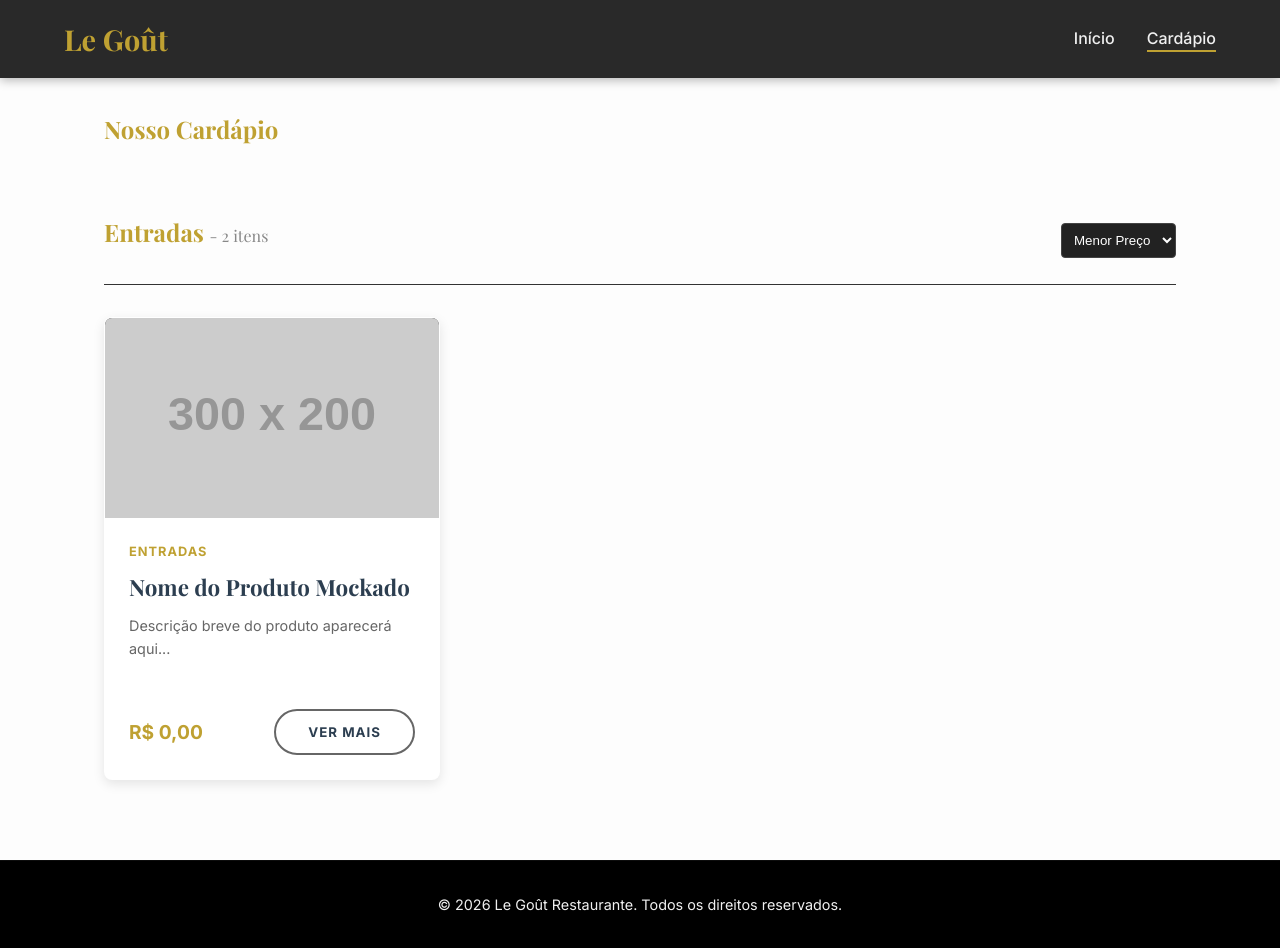
Repository: leandroFilipy/FE-refazendo-prova
Page: menu.html
The author's editor kept a copy of each file at every save. The page is drawn from the files as they stood at one save, then again after a run of saves.
The browser window is 1280 px wide. The pictures show the whole page.
The page's requests for data from a server got no answer.

Above is the page before, as saved 2026-05-25 21:03:50.
Console error: ReferenceError: c is not defined

### menu.html
<!DOCTYPE html>
<html lang="pt-BR">

<head>
  <meta charset="UTF-8">
  <meta name="viewport" content="width=device-width, initial-scale=1.0">
  <title>Cardápio - Le Goût</title>
  <link href="https://fonts.googleapis.com/css2?family=Inter:wght@400;500;700&family=Playfair+Display:wght@400;700&display=swap" rel="stylesheet">
  <link rel="stylesheet" href="style.css">
  <link rel="stylesheet" href="https://cdnjs.cloudflare.com/ajax/libs/font-awesome/6.0.0/css/all.min.css">
</head>

<body>
  <header>
    <div class="logo">Le Goût</div>
    <nav>
      <ul>
        <li><a href="index.html">Início</a></li>
        <li><a href="menu.html" class="active">Cardápio</a></li>
      </ul>
    </nav>
  </header>

  <main>
    <section class="section-header">
      <h2>Nosso Cardápio</h2>
    </section>

    <div id="catalogo-wrapper">
      <!-- ======================================================== -->
      <!-- ESTRUTURA BASE (MOCKADA) - PARA REFERÊNCIA DOS ALUNOS    -->
      <!-- No app.js, o JavaScript vai montar esta estrutura para   -->
      <!-- cada categoria da API (Entradas, Pratos Principais, etc) -->
      <!-- ======================================================== -->
      <div class="bloco-grupo-pratos" style="margin-bottom: 3rem;">

        <!-- Cabeçalho da Seção com Título e Filtro de Preço -->
        <div style="display: flex; justify-content: space-between; align-items: center; border-bottom: 1px solid #333; padding-bottom: 1rem; margin-bottom: 2rem;">
          <h2>Entradas <span style="font-size: 1rem; color: #888; font-weight: normal;"> - 2 itens</span></h2>
          <select class="seletor-ordem" style="padding: 0.5rem; border-radius: 4px; border: 1px solid #444; background-color: #222; color: #fff;">
            <option value="asc">Menor Preço</option>
            <option value="desc">Maior Preço</option>
          </select>
        </div>

        <!-- Grid de Produtos da Categoria -->
        <div class="grid">
          <!-- Modelo de Card de Produto -->
          <div class="card" onclick="window.location.href='detail.html?id=123'" style="cursor: pointer">
            <img src="https://placehold.co/300x200?text=Sem+Imagem" alt="Nome do Produto" class="card-image" onerror="this.src='https://placehold.co/300x200?text=Sem+Imagem'">
            <div class="card-body">
              <span class="card-category text-muted">Entradas</span>
              <h3 class="card-title">Nome do Produto Mockado</h3>
              <p class="card-desc">Descrição breve do produto aparecerá aqui...</p>
              <div class="card-footer">
                <span class="price">R$ 0,00</span>
                <button class="btn btn-secondary" onclick="event.stopPropagation(); window.location.href='detail.html?id=123'">
                  Ver Mais
                </button>
              </div>
            </div>
          </div>
          <!-- Fim do Modelo de Card -->
        </div>

      </div>
      <!-- ======================================================== -->
      <!-- Fim da estrutura mockada. O conteúdo real vai substituir isso -->
      <!-- ======================================================== -->

      <!-- <div class="loading">Carregando cardápio...</div> -->
    </div>
  </main>

  <footer>
    <p>&copy; 2026 Le Goût Restaurante. Todos os direitos reservados.</p>
  </footer>
  <script src="/app.js"></script>
  <script>
    document.addEventListener('DOMContentLoaded', () => {
      pegarTodos();
    });
  </script>
</body>

</html>

### style.css
/* Global Styles */
:root {
    /* Light Theme as Default */
    --primary-color: #bfa132; /* Slightly darker gold for white bg */
    --secondary-color: #f0f0f0;
    --background-color: #fdfdfd;
    --card-background: #ffffff;
    --text-color: #2c3e50;
    --text-muted: #666666;
    --accent-color: #e74c3c;
    --success-color: #27ae60;
    --border-radius: 8px;
    --shadow: 0 4px 12px rgba(0, 0, 0, 0.1);
    --transition: all 0.3s ease;
    --font-heading: 'Playfair Display', serif;
    --font-body: 'Inter', sans-serif;
}


* {
    box-sizing: border-box;
    margin: 0;
    padding: 0;
}

body {
    background-color: var(--background-color);
    color: var(--text-color);
    font-family: var(--font-body);
    line-height: 1.6;
    display: flex;
    flex-direction: column;
    min-height: 100vh;
}

h1, h2, h3, h4, h5, h6 {
    font-family: var(--font-heading);
    color: var(--primary-color);
    margin-bottom: 1rem;
}

a {
    text-decoration: none;
    color: inherit;
    transition: var(--transition);
}

ul {
    list-style: none;
}

img {
    max-width: 100%;
    display: block;
}

button {
    cursor: pointer;
    font-family: var(--font-body);
    border: none;
    outline: none;
}

/* Header & Navigation */
header {
    background-color: rgba(30, 30, 30, 0.95);
    padding: 1rem 5%;
    position: sticky;
    top: 0;
    z-index: 1000;
    backdrop-filter: blur(10px);
    box-shadow: 0 2px 10px rgba(0,0,0,0.3);
    display: flex;
    justify-content: space-between;
    align-items: center;
}

.logo {
    font-family: var(--font-heading);
    font-size: 1.8rem;
    font-weight: bold;
    color: var(--primary-color);
}

nav ul {
    display: flex;
    gap: 2rem;
}

nav a {
    font-weight: 500;
    position: relative;
    color: var(--secondary-color);
}

nav a:hover, nav a.active {
    color: var(--secondary-color);
}

nav a::after {
    content: '';
    position: absolute;
    width: 0;
    height: 2px;
    bottom: -4px;
    left: 0;
    background-color: var(--primary-color);
    transition: var(--transition);
}

nav a:hover::after, nav a.active::after {
    width: 100%;
}

/* Main Content */
main {
    flex: 1;
    padding: 2rem 5%;
    width: 100%;
    max-width: 1200px;
    margin: 0 auto;
}

/* Hero Section (Home) */
.hero {
    text-align: center;
    padding: 4rem 0;
    background: linear-gradient(rgba(0,0,0,0.6), rgba(0,0,0,0.6)), url('https://images.unsplash.com/photo-1514933651103-005eec06c04b?ixlib=rb-1.2.1&auto=format&fit=crop&w=1934&q=80');
    background-size: cover;
    background-position: center;
    border-radius: var(--border-radius);
    margin-bottom: 3rem;
    border: 1px solid rgba(212, 175, 55, 0.3);
}

.hero h1 {
    font-size: 3rem;
    margin-bottom: 1rem;
    color: #fff;
    text-shadow: 2px 2px 4px rgba(0,0,0,0.5);
}

.hero p {
    font-size: 1.2rem;
    margin-bottom: 2rem;
    color: #ddd;
    max-width: 600px;
    margin-left: auto;
    margin-right: auto;
}

.btn {
    display: inline-block;
    padding: 0.8rem 2rem;
    background-color: var(--primary-color);
    color: var(--secondary-color);
    font-weight: bold;
    border-radius: 50px;
    text-transform: uppercase;
    letter-spacing: 1px;
    transition: var(--transition);
    border: 2px solid var(--primary-color);
}

.btn:hover {
    background-color: transparent;
    color: var(--primary-color);
    transform: translateY(-3px);
    box-shadow: 0 5px 15px rgba(212, 175, 55, 0.3);
}

.btn-secondary {
    background-color: transparent;
    border: 2px solid var(--text-muted);
    color: var(--text-color);
}

.btn-secondary:hover {
    border-color: var(--text-color);
    background-color: rgba(255,255,255,0.1);
}

.btn-danger {
    background-color: var(--accent-color);
    border-color: var(--accent-color);
    color: white;
}

.btn-danger:hover {
    background-color: #c0392b;
}

/* Section Headers */
.section-header {
    margin-bottom: 2rem;
    display: flex;
    justify-content: space-between;
    align-items: center;
    border-bottom: 1px solid rgba(255,255,255,0.1);
    padding-bottom: 1rem;
}

/* Grid Layouts */
.grid {
    display: grid;
    grid-template-columns: repeat(auto-fill, minmax(300px, 1fr));
    gap: 2rem;
}

/* Product Card */
.card {
    background-color: var(--card-background);
    border-radius: var(--border-radius);
    overflow: hidden;
    box-shadow: var(--shadow);
    transition: var(--transition);
    border: 1px solid rgba(255,255,255,0.05);
    display: flex;
    flex-direction: column;
}

.card:hover {
    transform: translateY(-5px);
    box-shadow: 0 10px 20px rgba(0,0,0,0.4);
    border-color: var(--primary-color);
}

.card-image {
    width: 100%;
    height: 200px;
    object-fit: cover;
    background-color: #333;
}

.card-body {
    padding: 1.5rem;
    flex: 1;
    display: flex;
    flex-direction: column;
}

.card-category {
    font-size: 0.8rem;
    color: var(--primary-color);
    text-transform: uppercase;
    letter-spacing: 1px;
    margin-bottom: 0.5rem;
    font-weight: bold;
}

.card-title {
    font-size: 1.4rem;
    margin-bottom: 0.5rem;
    color: var(--text-color);
}

.card-desc {
    color: var(--text-muted);
    font-size: 0.9rem;
    margin-bottom: 1rem;
    flex: 1;
    display: -webkit-box;
    -webkit-line-clamp: 3;
    -webkit-box-orient: vertical;
    overflow: hidden;
}

.card-footer {
    display: flex;
    justify-content: space-between;
    align-items: center;
    margin-top: 1rem;
    padding-top: 1rem;
    border-top: 1px solid rgba(255,255,255,0.1);
}

.price {
    font-size: 1.2rem;
    font-weight: bold;
    color: var(--primary-color);
}

/* Filters */
.filters {
    display: flex;
    gap: 1rem;
    margin-bottom: 2rem;
    flex-wrap: wrap;
    justify-content: center;
}

.filter-btn {
    padding: 0.5rem 1.5rem;
    background-color: transparent;
    border: 1px solid var(--text-muted);
    color: var(--text-muted);
    border-radius: 50px;
    transition: var(--transition);
}

.filter-btn:hover, .filter-btn.active {
    background-color: var(--primary-color);
    color: var(--secondary-color);
    border-color: var(--primary-color);
}

/* Details Page */
.detail-container {
    display: flex;
    gap: 3rem;
    background-color: var(--card-background);
    padding: 2rem;
    border-radius: var(--border-radius);
    box-shadow: var(--shadow);
    align-items: center;
}

.detail-image {
    width: 50%;
    border-radius: var(--border-radius);
    max-height: 500px;
    object-fit: cover;
}
.detail-info {
    width: 50%;
}
.detail-price {
    font-size: 2rem;
    color: var(--primary-color);
    margin: 1.5rem 0;
    font-weight: bold;
}
.badge {
    display: inline-block;
    padding: 0.3rem 0.8rem;
    background-color: var(--primary-color);
    color: var(--secondary-color);
    border-radius: 4px;
    font-size: 0.8rem;
    font-weight: bold;
    text-transform: uppercase;
}

/* Admin/Form */
.form-container {
    background-color: var(--card-background);
    padding: 2rem;
    border-radius: var(--border-radius);
    max-width: 600px;
    margin: 0 auto 3rem auto;
}

.form-group {
    margin-bottom: 1.5rem;
}

.form-group label {
    display: block;
    margin-bottom: 0.5rem;
    color: var(--text-muted);
}

.form-control {
    width: 100%;
    padding: 0.8rem;
    background-color: rgba(255,255,255,0.05);
    border: 1px solid rgba(255,255,255,0.1);
    border-radius: 4px;
    color: var(--text-color);
    font-family: var(--font-body);
}

.form-control:focus {
    border-color: var(--primary-color);
    outline: none;
    background-color: rgba(255,255,255,0.1);
}

table {
    width: 100%;
    border-collapse: collapse;
    background-color: var(--card-background);
    border-radius: var(--border-radius);
    overflow: hidden;
}

th, td {
    padding: 1rem;
    text-align: left;
    border-bottom: 1px solid rgba(255,255,255,0.1);
}

th {
    background-color: rgba(212, 175, 55, 0.1);
    color: var(--primary-color);
    font-weight: bold;
}

tr:hover {
    background-color: rgba(255,255,255,0.02);
}

.action-btn {
    padding: 0.4rem 0.8rem;
    border-radius: 4px;
    font-size: 0.8rem;
    margin-right: 0.5rem;
}

/* Footer */
footer {
    background-color: #000;
    padding: 2rem 5%;
    text-align: center;
    color: var(--secondary-color);
    font-size: 0.9rem;
    border-top: 1px solid rgba(255,255,255,0.05);
    margin-top: auto;
}

/* Loading/Error States */
.loading {
    text-align: center;
    padding: 3rem;
    color: var(--text-muted);
}
.error-msg {
    color: var(--accent-color);
    text-align: center;
    padding: 2rem;
    border: 1px solid var(--accent-color);
    border-radius: var(--border-radius);
    background-color: rgba(231, 76, 60, 0.1);
}

/* Responsive */
@media (max-width: 768px) {
    .detail-container {
        flex-direction: column;
    }
    .detail-image, .detail-info {
        width: 100%;
    }
    .hero h1 {
        font-size: 2rem;
    }
    nav ul {
        flex-direction: column;
        gap: 1rem;
        display: none; /* Mobile menu hidden by default - simplified for this demo */
    }
    .grid {
        grid-template-columns: 1fr;
    }
}

### app.js
async function carregar6() {

    const  container = document.querySelector("#destaques-showcase")
    container.innerHTML = ""

    try{

        const resposta = await fetch ("https://api-restaurante-5iqb.onrender.com/api/produtos")
        const data = await resposta.json()

        data.sort((a,b) => a.preco - b.preco)
        const destacados = data.filter(produto => produto.destacado === true);
        const sixSeven = destacados.slice(0,6)

        sixSeven.forEach(produto => {

            container.innerHTML += `
            <div class="card" onclick="window.location.href='detail.html?id=${produto.id}'" style="cursor: pointer">
                    <img src=${produto.imagem} alt=${produto.imagem} class="card-image" onerror="this.src='https://placehold.co/300x200?text=Sem+Imagem'">
                    <div class="card-body">
                        <span class="card-category text-muted">${produto.categoria}</span>
                        <h3 class="card-title">${produto.nome}</h3>
                        <p class="card-desc">${produto.descricao}</p>
                        <div class="card-footer">
                            <span class="price">R$ ${produto.preco.toFixed(2).replace(".", ",")}</span>
                            <button class="btn btn-secondary" onclick="event.stopPropagation(); window.location.href='detail.html?id=${produto.id}'">
                                Ver Mais
                            </button>
                        </div>
                    </div>
                </div>
            `
        });

        /*for(let i =0; i<6; i++){

                container.innerHTML += `

                `
            }
        */




    }catch(error){
        console.log("erro foi: " + error)
    }

}

async function pegarTodos() {

    const container = document.querySelector("#catalogo-wrapper")
    const container2 = document.querySelector("#catalogo-wrapper")
    const container3 = document.querySelector("#catalogo-wrapper")
    const container4 = document.querySelector("#catalogo-wrapper")

    c

    const resposta = await fetch("https://api-restaurante-5iqb.onrender.com/api/produtos")
    const data = await resposta.json();


    const entradas = data.filter(produto => produto.categoria == "Entradas")
    const pratosPrincipais = data.filter(produto => produto.categoria == "Pratos Principais")
    const bebidas = data.filter(produto => produto.categoria == "Bebidas")
    const sobremesas = data.filter(produto => produto.categoria == "Sobremesas")

    container.innerHTML += `
    <div class="bloco-grupo-pratos" style="margin-bottom: 3rem;">

        <!-- Cabeçalho da Seção com Título e Filtro de Preço -->
        <div style="display: flex; justify-content: space-between; align-items: center; border-bottom: 1px solid #333; padding-bottom: 1rem; margin-bottom: 2rem;">
          <h2>Entradas <span style="font-size: 1rem; color: #888; font-weight: normal;"> - 2 itens</span></h2>
          <select class="seletor-ordem" style="padding: 0.5rem; border-radius: 4px; border: 1px solid #444; background-color: #222; color: #fff;">
            <option value="asc">Menor Preço</option>
            <option value="desc">Maior Preço</option>
          </select>
        </div>


        </div>
    `
    entradas.forEach(produto =>{

    container.innerHTML += `

            <div class="card" onclick="window.location.href='detail.html?id=123'" style="cursor: pointer">
                <img src=${produto.imagem} alt="Nome do Produto" class="card-image" onerror="this.src='https://placehold.co/300x200?text=Sem+Imagem'">
                <div class="card-body">
                <span class="card-category text-muted">${produto.categoria}</span>
                <h3 class="card-title">${produto.nome}</h3>
                <p class="card-desc">${produto.descricao}</p>
                <div class="card-footer">
                    <span class="price">R$ ${produto.preco}</span>
                    <button class="btn btn-secondary" onclick="event.stopPropagation(); window.location.href='detail.html?id=123'">
                    Ver Mais
                    </button>
                </div>
                </div>
            </div>
            <!-- Fim do Modelo de Card -->
            </div>

        `
        })

        container2.innerHTML += `
        <div class="bloco-grupo-pratos" style="margin-bottom: 3rem;">

        <!-- Cabeçalho da Seção com Título e Filtro de Preço -->
        <div style="display: flex; justify-content: space-between; align-items: center; border-bottom: 1px solid #333; padding-bottom: 1rem; margin-bottom: 2rem;">
          <h2>pratos Principais <span style="font-size: 1rem; color: #888; font-weight: normal;"> - 2 itens</span></h2>
          <select class="seletor-ordem" style="padding: 0.5rem; border-radius: 4px; border: 1px solid #444; background-color: #222; color: #fff;">
            <option value="asc">Menor Preço</option>
            <option value="desc">Maior Preço</option>
          </select>
        </div>


        </div>
        `
        pratosPrincipais.forEach(produto => {

            container2.innerHTML += `

            <div class="card" onclick="window.location.href='detail.html?id=123'" style="cursor: pointer">
                <img src=${produto.imagem} alt="Nome do Produto" class="card-image" onerror="this.src='https://placehold.co/300x200?text=Sem+Imagem'">
                <div class="card-body">
                <span class="card-category text-muted">${produto.categoria}</span>
                <h3 class="card-title">${produto.nome}</h3>
                <p class="card-desc">${produto.descricao}</p>
                <div class="card-footer">
                    <span class="price">R$ ${produto.preco}</span>
                    <button class="btn btn-secondary" onclick="event.stopPropagation(); window.location.href='detail.html?id=123'">
                    Ver Mais
                    </button>
                </div>
                </div>
            </div>
            <!-- Fim do Modelo de Card -->
            </div>

        `
        })

        container3.innerHTML += `
        <div class="bloco-grupo-pratos" style="margin-bottom: 3rem;">

        <!-- Cabeçalho da Seção com Título e Filtro de Preço -->
        <div style="display: flex; justify-content: space-between; align-items: center; border-bottom: 1px solid #333; padding-bottom: 1rem; margin-bottom: 2rem;">
          <h2>Bebidas <span style="font-size: 1rem; color: #888; font-weight: normal;"> - 2 itens</span></h2>
          <select class="seletor-ordem" style="padding: 0.5rem; border-radius: 4px; border: 1px solid #444; background-color: #222; color: #fff;">
            <option value="asc">Menor Preço</option>
            <option value="desc">Maior Preço</option>
          </select>
        </div>


        </div>
        `

        bebidas.forEach(produto => {

            container3.innerHTML += `
              <div class="card" onclick="window.location.href='detail.html?id=123'" style="cursor: pointer">
                <img src=${produto.imagem} alt="Nome do Produto" class="card-image" onerror="this.src='https://placehold.co/300x200?text=Sem+Imagem'">
                <div class="card-body">
                <span class="card-category text-muted">${produto.categoria}</span>
                <h3 class="card-title">${produto.nome}</h3>
                <p class="card-desc">${produto.descricao}</p>
                <div class="card-footer">
                    <span class="price">R$ ${produto.preco}</span>
                    <button class="btn btn-secondary" onclick="event.stopPropagation(); window.location.href='detail.html?id=123'">
                    Ver Mais
                    </button>
                </div>
                </div>
            </div>
            <!-- Fim do Modelo de Card -->
            </div>
            `

        })

        container4.innerHTML += `
         <div class="bloco-grupo-pratos" style="margin-bottom: 3rem;">

        <!-- Cabeçalho da Seção com Título e Filtro de Preço -->
        <div style="display: flex; justify-content: space-between; align-items: center; border-bottom: 1px solid #333; padding-bottom: 1rem; margin-bottom: 2rem;">
          <h2>sobremesas <span style="font-size: 1rem; color: #888; font-weight: normal;"> - 2 itens</span></h2>
          <select class="seletor-ordem" style="padding: 0.5rem; border-radius: 4px; border: 1px solid #444; background-color: #222; color: #fff;">
            <option value="asc">Menor Preço</option>
            <option value="desc">Maior Preço</option>
          </select>
        </div>


        </div>
        `

        sobremesas.for(produto=> {

            container4.innerHTML += `
              <div class="card" onclick="window.location.href='detail.html?id=123'" style="cursor: pointer">
                <img src=${produto.imagem} alt="Nome do Produto" class="card-image" onerror="this.src='https://placehold.co/300x200?text=Sem+Imagem'">
                <div class="card-body">
                <span class="card-category text-muted">${produto.categoria}</span>
                <h3 class="card-title">${produto.nome}</h3>
                <p class="card-desc">${produto.descricao}</p>
                <div class="card-footer">
                    <span class="price">R$ ${produto.preco}</span>
                    <button class="btn btn-secondary" onclick="event.stopPropagation(); window.location.href='detail.html?id=123'">
                    Ver Mais
                    </button>
                </div>
                </div>
            </div>
            <!-- Fim do Modelo de Card -->
            </div>
            `
        })

}

async function detalhes() {

    const container = document.querySelector("#")
}

After the next 2 saves:
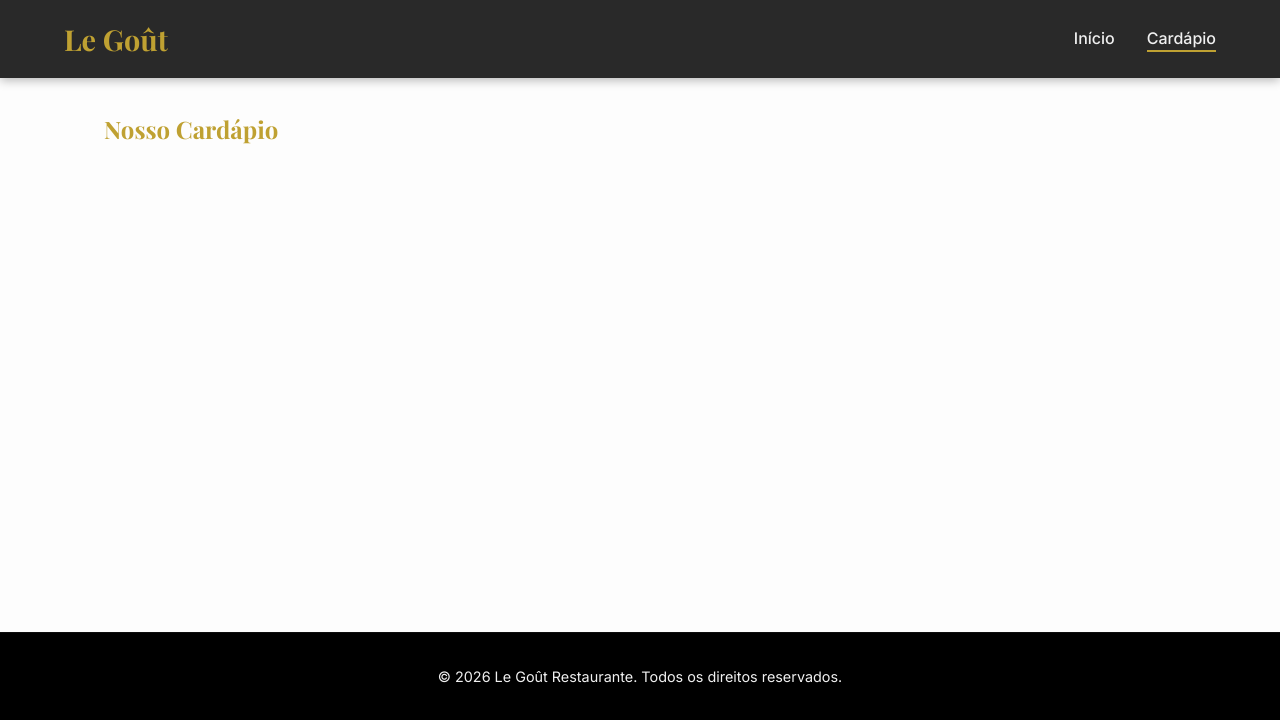
The error is gone.
The 2 saves are shown as one change because they came seconds apart.
The last was saved 9 s later.
--- a/app.js
+++ b/app.js
@@ -56,7 +56,7 @@ async function pegarTodos() {
     const container3 = document.querySelector("#catalogo-wrapper")
     const container4 = document.querySelector("#catalogo-wrapper")
 
-    c
+    container.innerHTML =""
 
     const resposta = await fetch("https://api-restaurante-5iqb.onrender.com/api/produtos")
     const data = await resposta.json();
